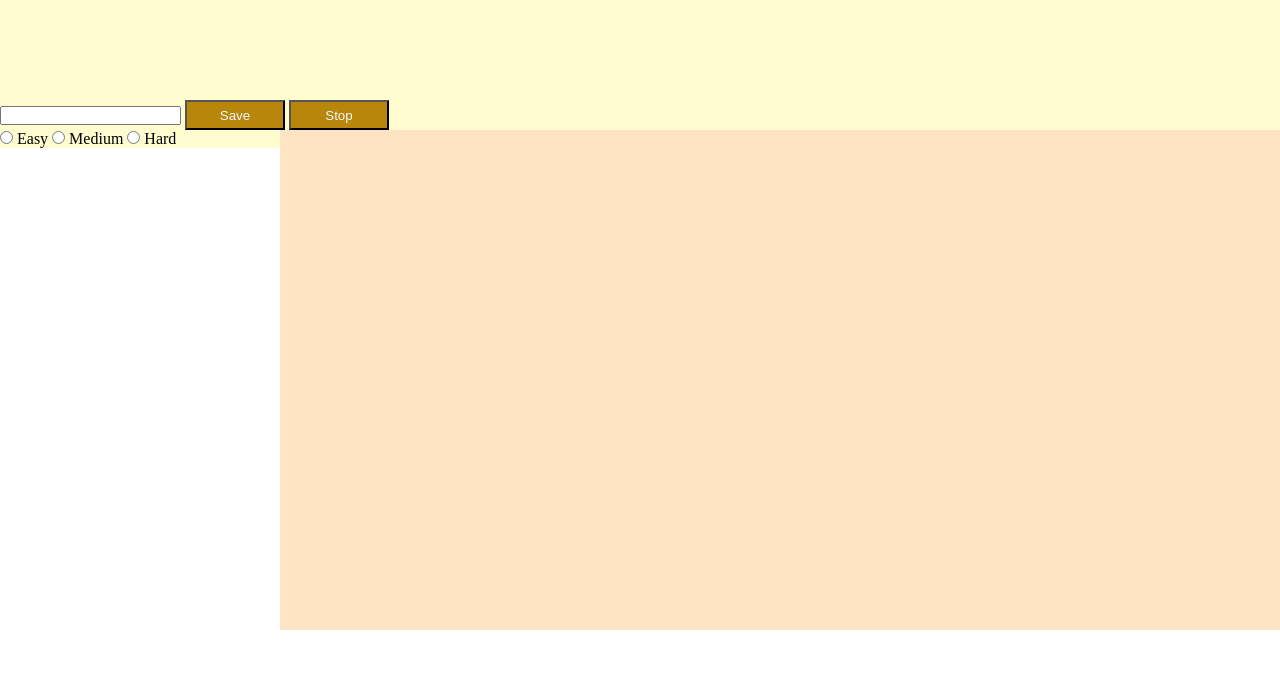
Repository: AytacSafarova/Bubble-game
Page: Bubble-game/index.html
The author's editor kept a copy of each file at every save. The page is drawn from the files as they stood at one save, then again after the next save.
The browser window is 1280 px wide. The pictures show the whole page.

Above is the page before, as saved 2022-09-05 18:09:29.

### Bubble-game/index.html
<!DOCTYPE html>
<html lang="en">
<head>
    <meta charset="UTF-8">
    <meta http-equiv="X-UA-Compatible" content="IE=edge">
    <meta name="viewport" content="width=div.container, initial-scale=1.0">
    <link rel="stylesheet" href="./style.css">
    <title>Document</title>
</head>
<body>
    <div class="container">
        <input type="text">
        <button class="save">Save</button>

 <button class="stop">Stop</button>


        <div class="balonplace"></div>
<div class="speed">
<input type="radio" name="" class="checkbox"> <span>Easy</span>
<input type="radio" name="" class="checkbox"> <span>Medium</span>
<input type="radio" name="" class="checkbox"> <span>Hard</span>
</div>


        <div class="score"></div>

    </div>
</body>
<script src="./main.js"></script>
</html>

### Bubble-game/style.css
*{
    margin: 0;
    padding: 0;
    box-sizing: border-box;
}
.container{
background-color: #FFFDD0
;
padding-top: 100px;
}
.balonplace{
    position: absolute;
    right: 0;
    width:1000px;
height: 500px;
background-color: bisque;}

button{
    background-color: darkgoldenrod;
    color: aliceblue;
    width: 100px;
    height: 30px;
}
.balon{
    width:50px;
    height: 50px;
    background-color: rgb(13, 89, 80);
    border-radius: 50%;
}

Loaded but not shown: Bubble-game/main.js (no copy from this time; the picture is the same without it)

After the next save:
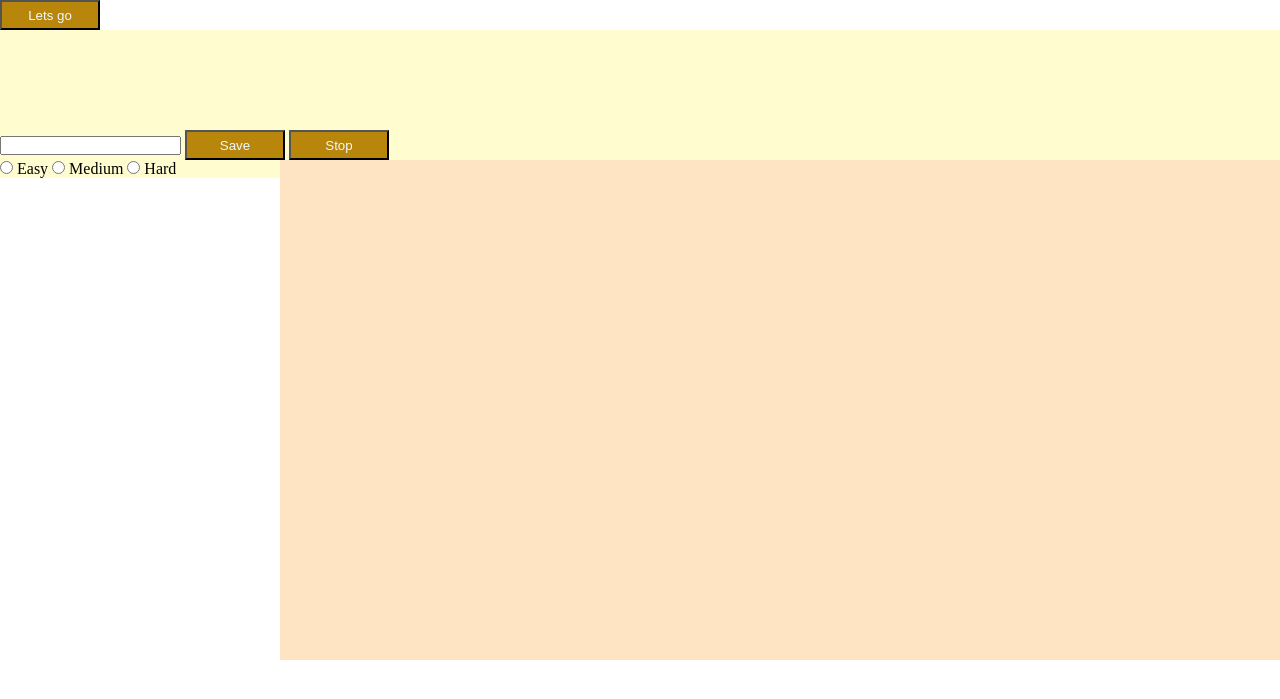
Saved 7 h 8 min later.
--- a/Bubble-game/index.html
+++ b/Bubble-game/index.html
@@ -8,6 +8,8 @@
     <title>Document</title>
 </head>
 <body>
+    <button class="start">Lets go</button>
+
     <div class="container">
         <input type="text">
         <button class="save">Save</button>
@@ -17,7 +19,7 @@
 
         <div class="balonplace"></div>
 <div class="speed">
-<input type="radio" name="" class="checkbox"> <span>Easy</span>
+<input type="radio" name="input class="checkbox"> <span>Easy</span>
 <input type="radio" name="" class="checkbox"> <span>Medium</span>
 <input type="radio" name="" class="checkbox"> <span>Hard</span>
 </div>
